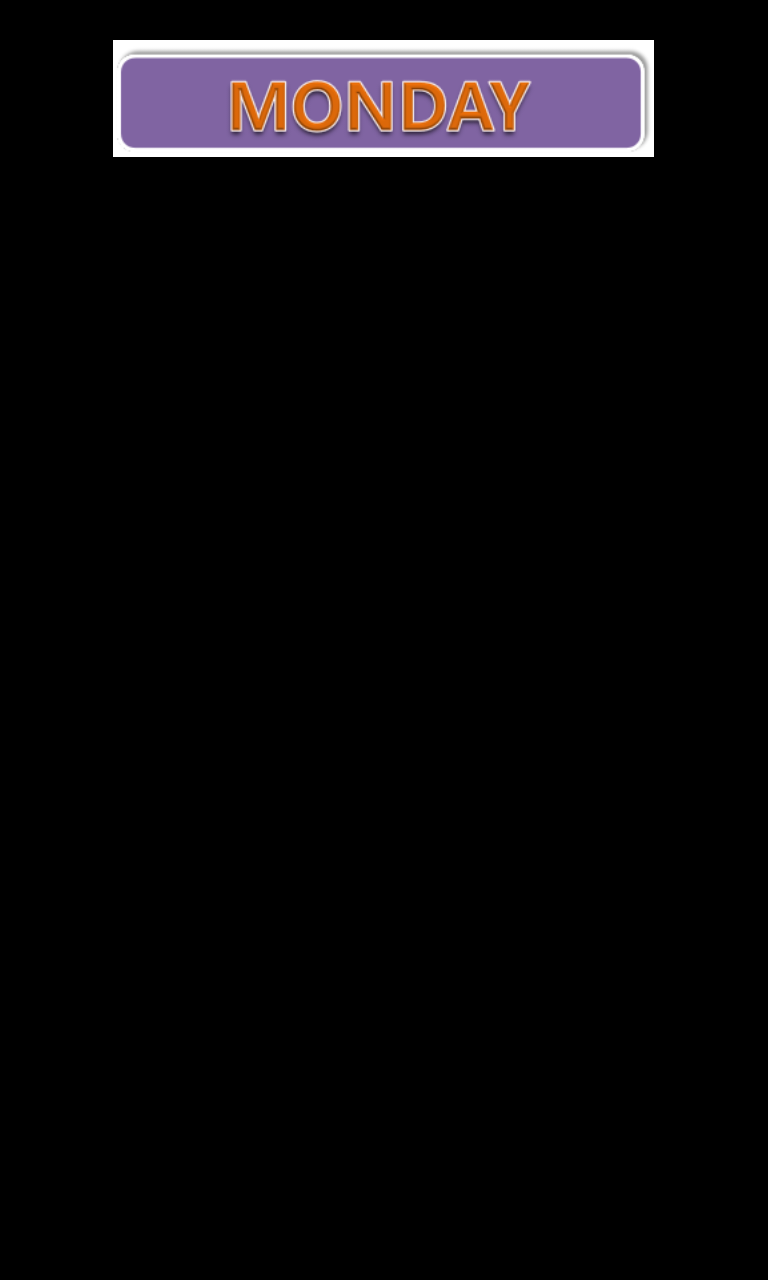
Repository: LewisLim579/2013TeamProject
Layout: PtsApp/res/layout/mon.xml
An editor plug-in stored every save of this project. The layout is shown before and after the next save, followed by the edit.
It is drawn on a 768 x 1280 px phone screen (xhdpi) without system bars, with theme android:Theme.NoTitleBar.Fullscreen; the app's code is not run. Lists and similar views that code fills are empty.

Above is the layout before, as saved 2013-06-12 20:15:21.

### PtsApp/res/layout/mon.xml
<?xml version="1.0" encoding="utf-8"?>
<LinearLayout xmlns:android="http://schemas.android.com/apk/res/android"
    android:layout_width="match_parent"
    android:layout_height="match_parent"
    android:orientation="vertical" >
     <ImageView
            android:id="@+id/sa11"
            android:layout_width="wrap_content"
            android:layout_height="wrap_content"
            android:layout_marginTop="20dp"
            android:src="@drawable/mon"
            android:layout_gravity="center" />
     <ListView
        android:id="@+id/listView1"
        android:layout_width="match_parent"
        android:layout_height="wrap_content"
         android:background="#00000000" />


</LinearLayout>

After the next save:
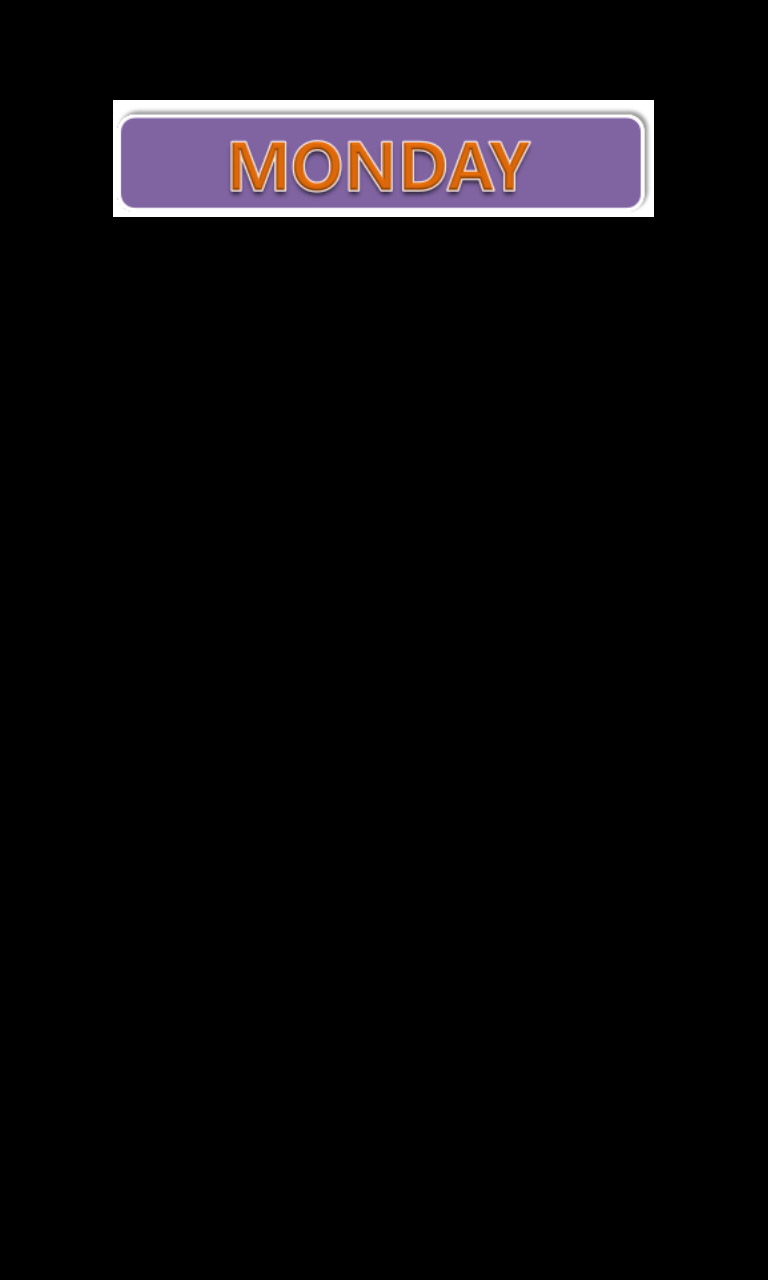
Saved 59 s later.
--- a/PtsApp/res/layout/mon.xml
+++ b/PtsApp/res/layout/mon.xml
@@ -7,7 +7,7 @@
             android:id="@+id/sa11"
             android:layout_width="wrap_content"
             android:layout_height="wrap_content"
-            android:layout_marginTop="20dp"
+            android:layout_marginTop="50dp"
             android:src="@drawable/mon"
             android:layout_gravity="center" />
      <ListView
